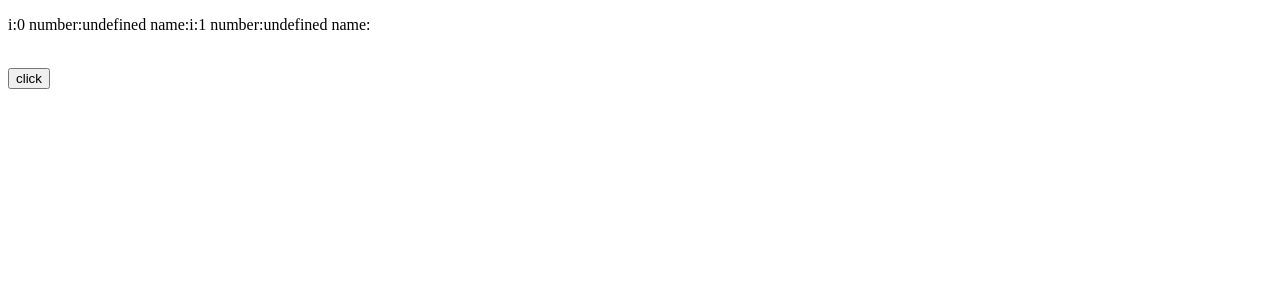
Repository: Choi-yongho72/bitcamp_jsp
Page: http://localhost/Ajax04/
The author's editor kept a copy of each file at every save. The page is drawn from the files as they stood at one save, then again after the next save.
The browser window is 1280 px wide. The pictures show the whole page.
After loading, the first visible `button` was clicked once.
The page is served by Tomcat 9.

Above is the page before, as saved 2020-01-23 01:05:04.

After the next save:
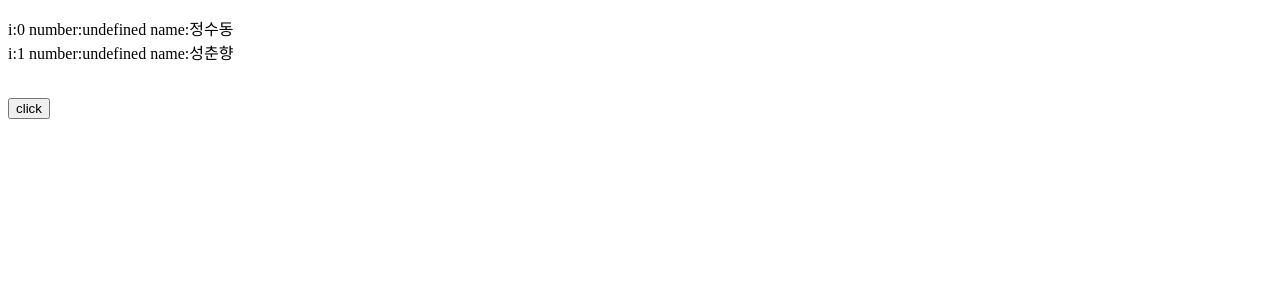
Saved 13 s later.
--- a/Ajax04/WebContent/index.jsp
+++ b/Ajax04/WebContent/index.jsp
@@ -28,7 +28,7 @@
 	//			alert(data[0].name);
 
 				$.each(data, function (i, val) {
-					$("#demo").append("i:" + i + " number:" + val.number + " name:")
+					$("#demo").append("i:" + i + " number:" + val.number + " name:" + val.name + "<br>");
 				});
 			},
 			error:function() {
